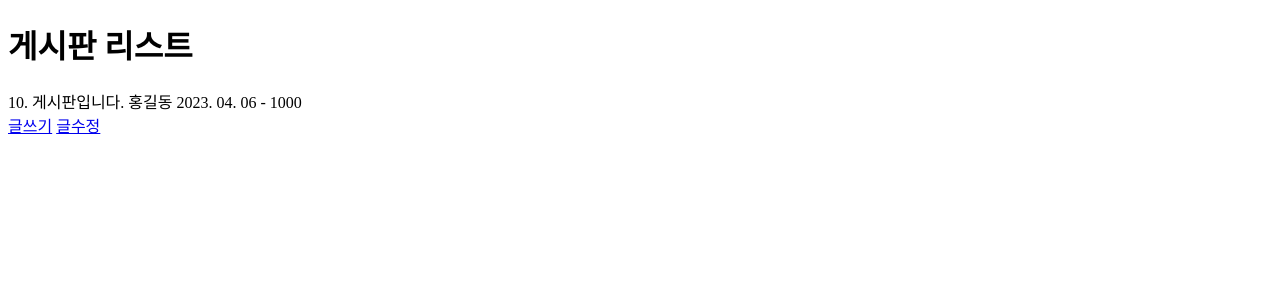
Repository: nsj2204/spring2
Page: http://localhost/ex01/board/list.do
These files come from the project's save history. The page is drawn as it stood at one moment and after the next save; the edit follows.
The browser window is 1280 px wide. The pictures show the whole page.
The page is served by Tomcat 9.

Above is the page before, as saved 2023-04-06 01:02:40.

After the next save:
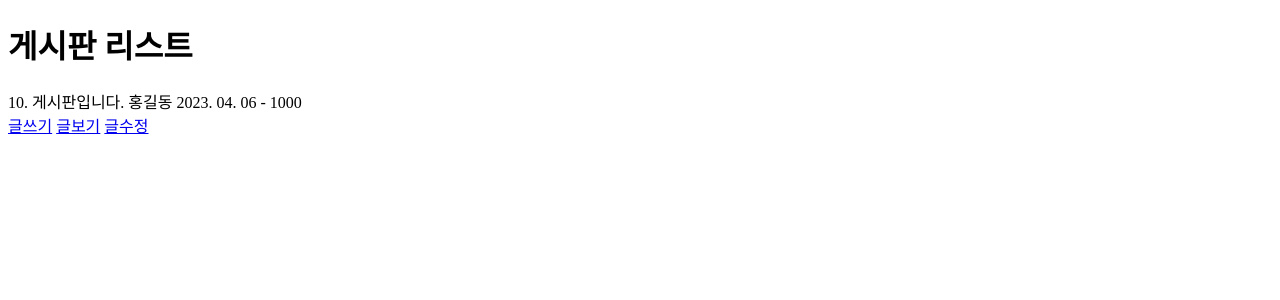
Saved 57 s later.
--- a/ex01/src/main/webapp/WEB-INF/views/board/list.jsp
+++ b/ex01/src/main/webapp/WEB-INF/views/board/list.jsp
@@ -10,6 +10,7 @@
 <h1>게시판 리스트</h1>
 <div onclick='location="view.do"'>10. 게시판입니다. 홍길동 2023. 04. 06 - 1000</div>
 <a href="write.do">글쓰기</a>
+<a href="view.do">글보기</a>
 <a href="update.do">글수정</a>
 </body>
 </html>
